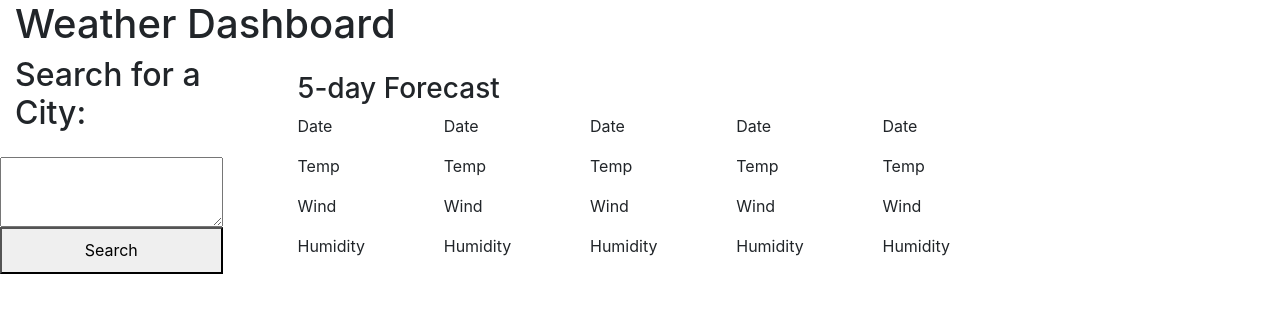
Repository: stuart-rickard/weather-ch
Page: index.html
An editor plug-in stored every save of this project. The page is shown before and after the next save, followed by the edit.
The browser window is 1280 px wide. The pictures show the whole page.

Above is the page before, as saved 2021-12-07 05:59:03.

After the next save:
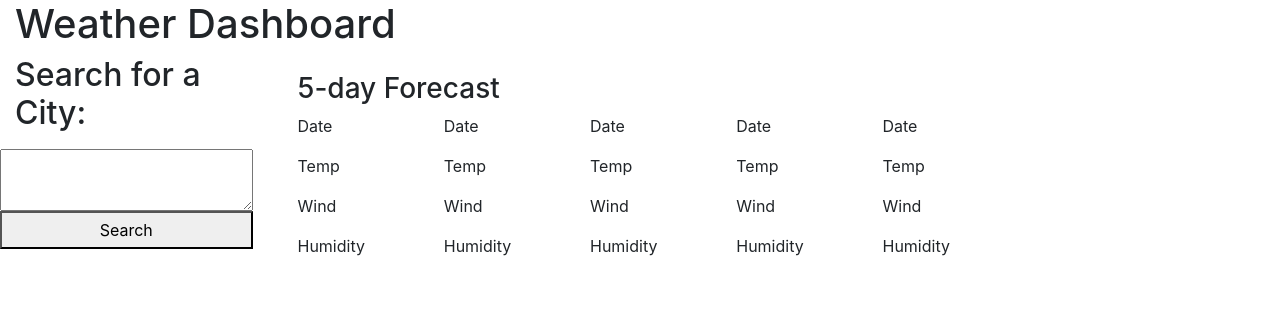
Saved 12 s later.
--- a/index.html
+++ b/index.html
@@ -16,11 +16,11 @@
     <div class="col-12 row" id ="main-box">
         <div class="col-3 row" id="search-column">
             <div class="col-12 row">
-                <div class="col-12 row">
-                    <h2 class="col-12">Search for a City:</h2>
-                    <textarea class="col-12" id="text-input"></textarea>
-                    <button class="col-12">Search</button>
-                </div>
+                <h2 class="col-12">Search for a City:</h2>
+                <textarea class="col-12" id="text-input"></textarea>
+                <button class="col-12">Search</button>
+            </div>
+            <div class="col-12 row" id="searched-cities">
 
             </div>
         </div>
--- a/assets/script.js
+++ b/assets/script.js
@@ -30,4 +30,4 @@
 
   }
 
-textArea.addEventListener("blur",getWeather)
+textArea.addEventListener("blur",getWeather);
